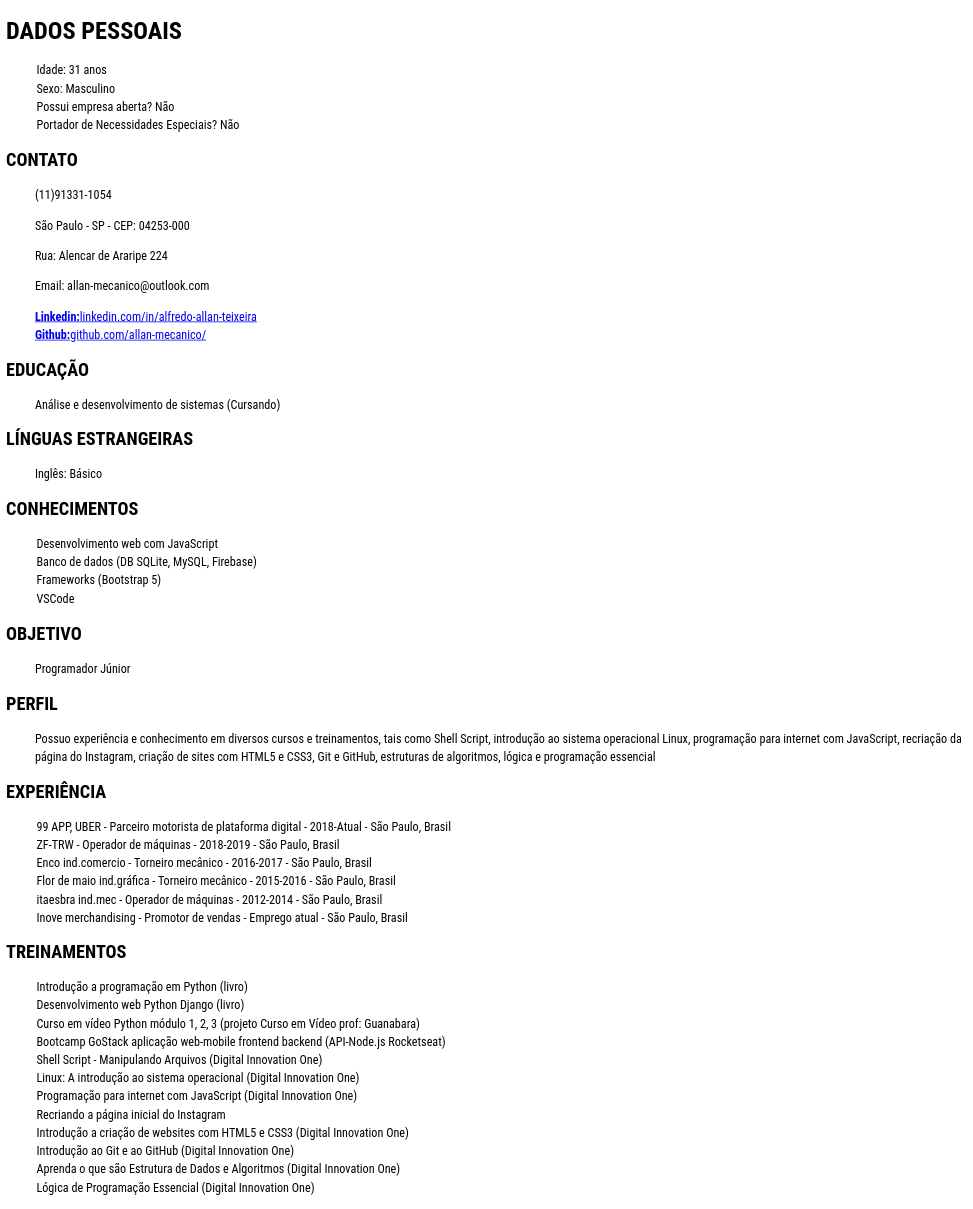
Repository: alfredo-allan/Portfolio
Page: curriculo.html
These files come from the project's save history. The page is drawn as it stood at one moment and after the next save; the edit follows.
The browser window is 1280 px wide. The pictures show the whole page, at 76% of full size.

Above is the page before, as saved 2024-03-20 15:10:50.

### curriculo.html
<!DOCTYPE html>
<html lang="pt-BR">

<head>
	<meta charset="UTF-8">
	<meta name="viewport" content="width=device-width, initial-scale=1.0">
	<link rel="stylesheet" href="./src/assets/styles/curriculo.css" />

	<title>Alfredo Allan Teixeira Sousa</title>
</head>

<body>

	<h1>DADOS PESSOAIS</h1>
	<ul>
		<li>Idade: 31 anos</li>
		<li>Sexo: Masculino</li>
		<li>Possui empresa aberta? Não</li>
		<li>Portador de Necessidades Especiais? Não</li>
	</ul>

	<h2>CONTATO</h2>
	<p>(11)91331-1054</p>
	<p>São Paulo - SP - CEP: 04253-000</p>
	<p>Rua: Alencar de Araripe 224</p>
	<p>Email: allan-mecanico@outlook.com</p>

	<a href="www.linkedin.com/in/alfredo-allan-teixeira-ba2701149/"><strong>Linkedin:</strong>linkedin.com/in/alfredo-allan-teixeira</a>
	<br>
	<a href="https://github.com/allan-mecanico/"><strong>Github:</strong>github.com/allan-mecanico/</a>

	<h2>EDUCAÇÃO</h2>
	<p>Análise e desenvolvimento de sistemas (Cursando)</p>

	<h2>LÍNGUAS ESTRANGEIRAS</h2>
	<p>Inglês: Básico</p>

	<h2>CONHECIMENTOS</h2>
	<ul>
		<li>Desenvolvimento web com JavaScript</li>
		<li>Banco de dados (DB SQLite, MySQL, Firebase)</li>
		<li>Frameworks (Bootstrap 5)</li>
		<li>VSCode</li>
	</ul>

	<h2>OBJETIVO</h2>
	<p>Programador Júnior</p>

	<h2>PERFIL</h2>
	<p>Possuo experiência e conhecimento em diversos cursos e treinamentos, tais como Shell Script, introdução ao sistema
		operacional Linux, programação para internet com JavaScript, recriação da página do Instagram, criação de sites com
		HTML5 e CSS3, Git e GitHub, estruturas de algoritmos, lógica e programação essencial</p>

	<h2>EXPERIÊNCIA</h2>
	<ul>
		<li>99 APP, UBER - Parceiro motorista de plataforma digital - 2018-Atual - São Paulo, Brasil</li>
		<li>ZF-TRW - Operador de máquinas - 2018-2019 - São Paulo, Brasil</li>
		<li>Enco ind.comercio - Torneiro mecânico - 2016-2017 - São Paulo, Brasil</li>
		<li>Flor de maio ind.gráfica - Torneiro mecânico - 2015-2016 - São Paulo, Brasil</li>
		<li>itaesbra ind.mec - Operador de máquinas - 2012-2014 - São Paulo, Brasil</li>
		<li>Inove merchandising - Promotor de vendas - Emprego atual - São Paulo, Brasil</li>
	</ul>

	<h2>TREINAMENTOS</h2>
	<ul>
		<li>Introdução a programação em Python (livro)</li>
		<li>Desenvolvimento web Python Django (livro)</li>
		<li>Curso em vídeo Python módulo 1, 2, 3 (projeto Curso em Vídeo prof: Guanabara)</li>
		<li>Bootcamp GoStack aplicação web-mobile frontend backend (API-Node.js Rocketseat)</li>
		<li>Shell Script - Manipulando Arquivos (Digital Innovation One)</li>
		<li>Linux: A introdução ao sistema operacional (Digital Innovation One)</li>
		<li>Programação para internet com JavaScript (Digital Innovation One)</li>
		<li>Recriando a página inicial do Instagram</li>
		<li>Introdução a criação de websites com HTML5 e CSS3 (Digital Innovation One)</li>
		<li>Introdução ao Git e ao GitHub (Digital Innovation One)</li>
		<li>Aprenda o que são Estrutura de Dados e Algoritmos (Digital Innovation One)</li>
		<li>Lógica de Programação Essencial (Digital Innovation One)</li>
	</ul>

</body>

</html>

### src/assets/styles/curriculo.css
:root {
	--roboto-condensed: "Roboto Condensed", sans-serif;

}

body {
	font-family: var(--roboto-condensed);
	ul {
		li{
				list-style: none;
				line-height: 1.5;
	}
}
	p {
		list-style: none;
		line-height: 1.5;
		margin-left: 3%;
	}
	a {
				margin-left: 3%;
				line-height: 1.5;
	}
}

After the next save:
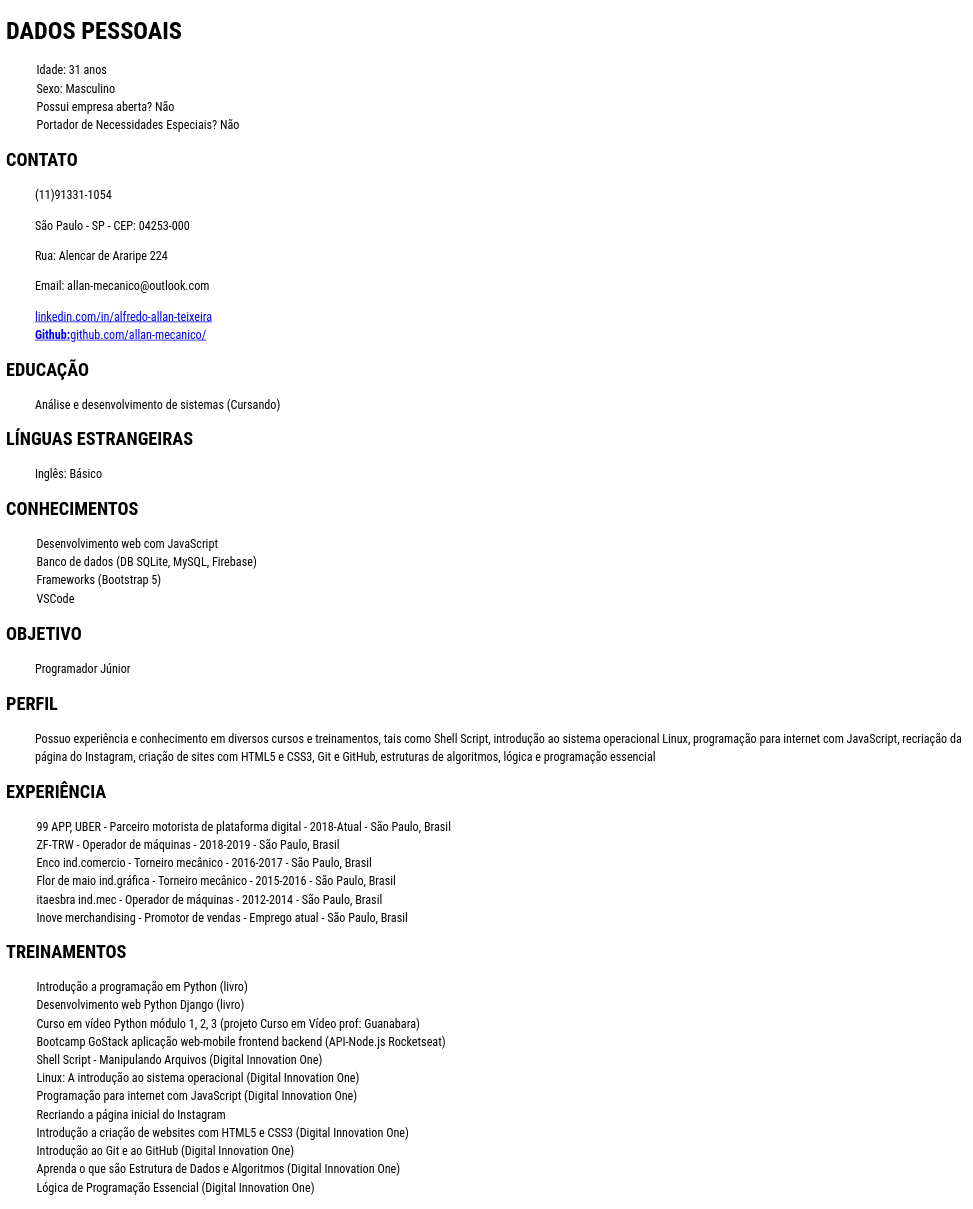
Saved 33 s later.
--- a/curriculo.html
+++ b/curriculo.html
@@ -25,7 +25,7 @@
 	<p>Rua: Alencar de Araripe 224</p>
 	<p>Email: allan-mecanico@outlook.com</p>
 
-	<a href="www.linkedin.com/in/alfredo-allan-teixeira-ba2701149/"><strong>Linkedin:</strong>linkedin.com/in/alfredo-allan-teixeira</a>
+	<a href="www.linkedin.com/in/alfredo-allan-teixeira-ba2701149/">linkedin.com/in/alfredo-allan-teixeira</a>
 	<br>
 	<a href="https://github.com/allan-mecanico/"><strong>Github:</strong>github.com/allan-mecanico/</a>
 
